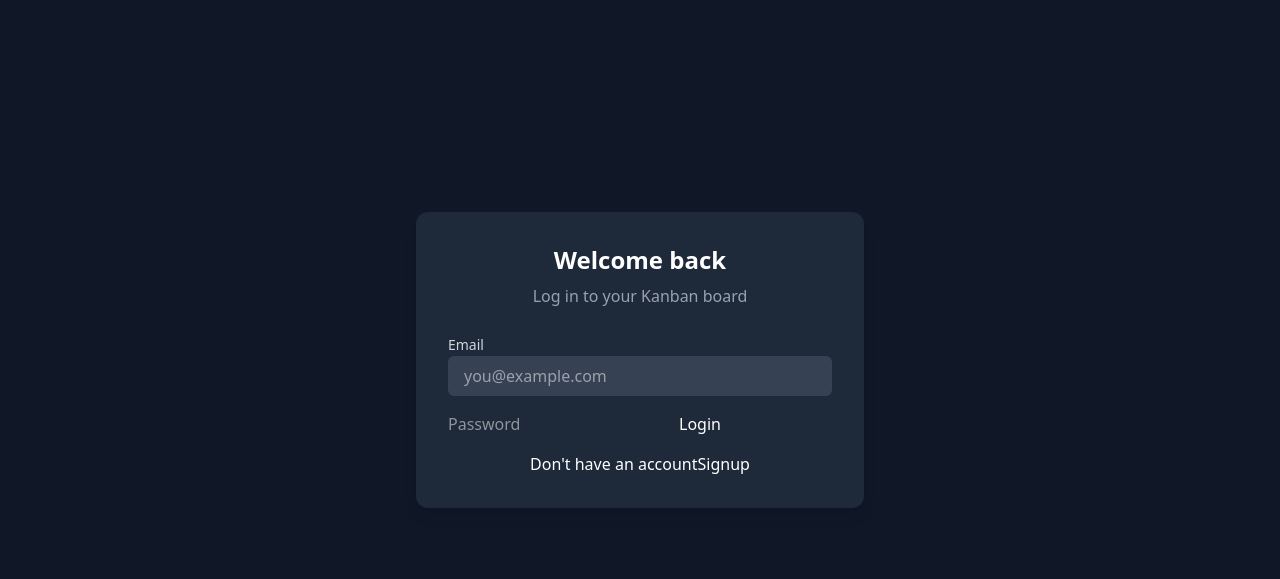
Repository: Reno-mathews/Kanban-Board-MERN
Page: / (app in frontend/)
These files come from the project's save history. The page is drawn as it stood at one moment and after the next save; the edit follows.
The browser window is 1280 px wide. The pictures show the whole page.
The project was rebuilt for these pictures with package versions that can differ from the ones it lists, and the page was loaded fresh each time. Also part of the build but not shown: frontend/vite.config.js, frontend/src/components/TaskCard.jsx, frontend/src/components/Column.jsx, frontend/src/components/SearchBar.jsx, frontend/src/components/AddTaskModal.jsx, frontend/src/components/EditTaskModal.jsx, frontend/src/hooks/useKanbanBoard.js, frontend/src/components/Board.jsx and 1 more.

Above is the page before, as saved 2026-01-29 10:07:18.

### frontend/src/App.jsx
import { useState } from 'react'
import Board from "./components/Board";
import Header from "./components/Header";
import { login, signup } from "./components/authstate";
import AuthForm from './components/AuthForm';

function App() {
  const [user, setUser] = useState(null);
  const[isSignup, setIsSignUp] = useState(false);
  const [email, setEmail] = useState("");
  const [password, setPassword] = useState("");

  const handleLogin = async (email, password) => {
    const user = await login(email, password);
    setUser(user);
  };

  const handleSignup = async (email, password) => {
    const user = await signup(email, password);
    setUser(user);
  };

  return (
      <div className="min-h-screen bg-gray-900 text-white">
        {user ? (
          <div>
          <Header />
          <Board />
        </div>
        ) : (
          <AuthForm
            isSignup={isSignup}
            setIsSignUp={setIsSignUp}
            email={email}
            setEmail={setEmail}
            password={password}
            setPassword={setPassword}
            onLogin={handleLogin}
            onSignup={handleSignup}
          />
        )}
      </div>
  );
}

export default App;

### frontend/src/components/authstate.jsx
const login = async (email, password) => {
    const res = await fetch("http://localhost:5000/api/auth/login", {
        method: "POST",
        headers: {
            "Content-Type": "application/json",
        },
        body: JSON.stringify({ email, password }),
    });

    const data = await res.json();

    if (!res.ok) {
        throw new Error(data.message || "Login failed");
    }

    localStorage.setItem("token", data.token);
    return data.user;
}

const signup = async (email, password) => {
    const res = await fetch("http://localhost:5000/api/auth/signup", {
        method: "POST",
        headers: {
            "Content-Type": "application/json",
        },
        body: JSON.stringify({ email, password }),
    });
    const data = await res.json();

    if (!res.ok) {
        throw new Error(data.message || "Signup failed");
    }
    localStorage.setItem("token", data.token);
    return data.user;
};

export { login, signup };

### frontend/src/components/AuthForm.jsx
function AuthForm ({
    isSignup,
    setIsSignUp,
    email,
    setEmail,
    password,
    setPassword,
    onLogin,
    onSignup,
}) {
    return (
        <div className="min-h-screen flex items-center justify-center bg-gray-900">
            <div className="w-full max-w-md bg-gray-800 p-8 rounded-xl shadow-lg">
                <h2 className="text-2xl font-bold text-center mb-2">
                    { isSignup ? "Create an account" : "Welcome back"}
                </h2>
                <p className="text-center text-gray-400 mb-6">
                    {isSignup ? "Sign up to get started" : "Log in to your Kanban board"}
                </p>
                    <form
                        onSubmit={(e) => {
                            e.preventDefault();
                            isSignup ? onSignup(email, password) : onLogin(email,password);
                        }}
                        className="space-y-4"
                    >
                        <div className="space-y-1">
                            <label className="text-sm text-gray-300">Email</label>
                            <input
                            type="email"
                             className="w-full px-4 py-2 rounded-md bg-gray-700 text-white focus:outline-none focus:ring-2 focus:ring-blue-500"
                             placeholder="you@example.com"
                             value={email}
                             onChange={(e) => setEmail(e.target.value)}
                            />
                        </div>
                            <input
                                className=""
                                type="password"
                                placeholder="Password"
                                value={password}
                                onChange={(e) => setPassword(e.target.value)}
                            />

                            <button
                                className=""
                                type="submit"
                                >
                                    {isSignup ? "Signup": "Login"}
                            </button>
                    </form>

                    <p className="text-center">
                        {isSignup? "Already have an account?" : "Don't have an account"}
                        <button
                            className=""
                            onClick={() => setIsSignUp(!isSignup)}
                        >
                            {isSignup? "Login" : "Signup"}
                        </button>
                    </p>
            </div>
        </div>
    );
}

export default AuthForm;

Loaded but not shown: frontend/index.html (common file); frontend/src/main.jsx (common file); frontend/src/index.css (common file)

After the next save:
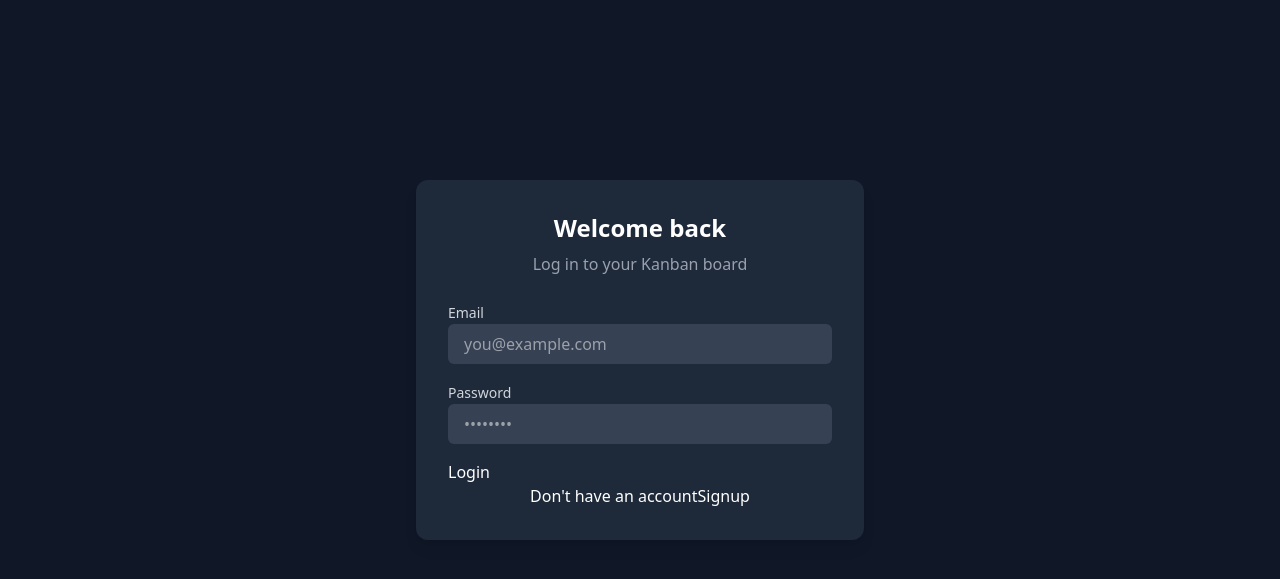
Saved 2 min 35 s later.
--- a/frontend/src/components/AuthForm.jsx
+++ b/frontend/src/components/AuthForm.jsx
@@ -34,13 +34,16 @@ function AuthForm ({
                              onChange={(e) => setEmail(e.target.value)}
                             />
                         </div>
+                        <div className="space-y-1">
+                            <label className="text-sm text-gray-300">Password</label>
                             <input
-                                className=""
                                 type="password"
-                                placeholder="Password"
+                                className="w-full px-4 py-2 rounded-md bg-gray-700 text-white focus:outline-none focus:ring-2 focus:ring-blue-500"
+                                placeholder="••••••••"
                                 value={password}
                                 onChange={(e) => setPassword(e.target.value)}
                             />
+                        </div>
 
                             <button
                                 className=""
